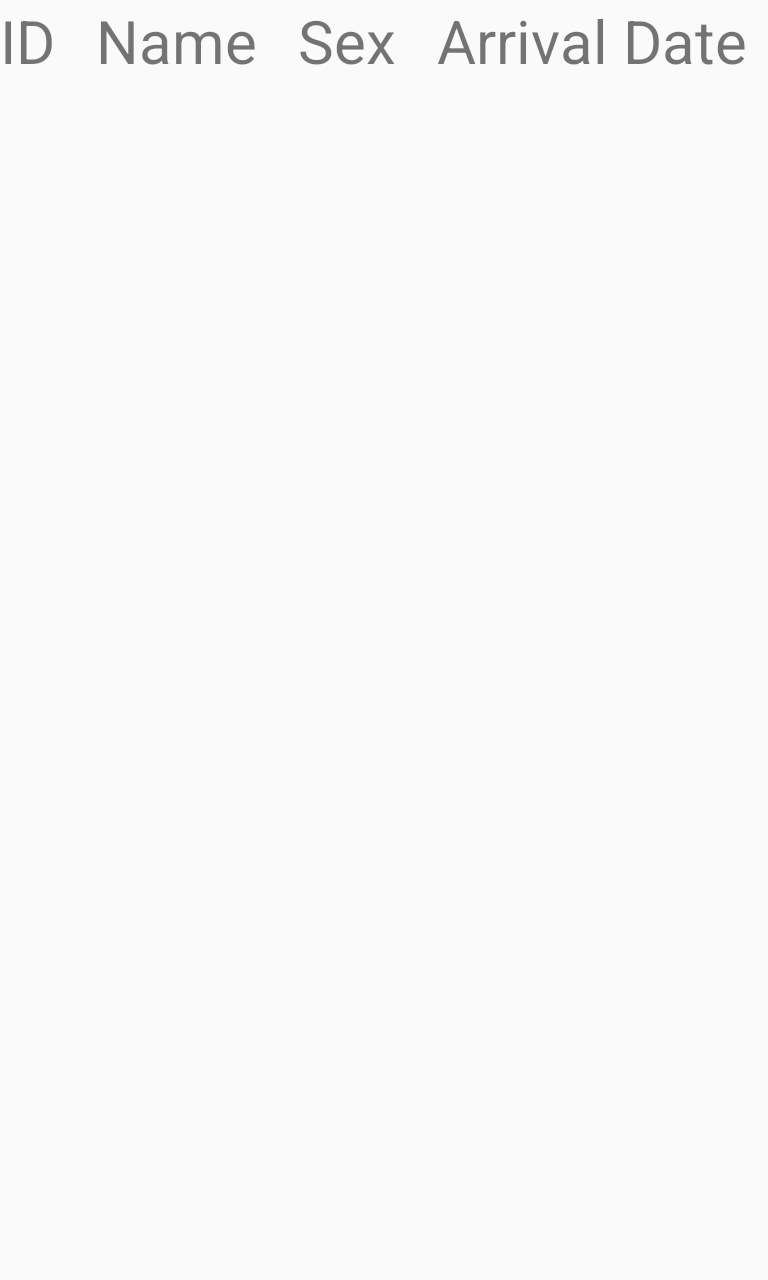
Repository: dillonburton/ThemeParkSimDB
Layout: DBThemeParkApp/res/layout/fragment_test_1.xml
These files come from the project's save history. The layout is drawn as it stood at one moment and after the next save; the edit follows.
It is drawn on a 768 x 1280 px phone screen (xhdpi) without system bars, with theme AppTheme; the app's code is not run.

Above is the layout before, as saved 2014-11-18 21:31:11.

After the next save:
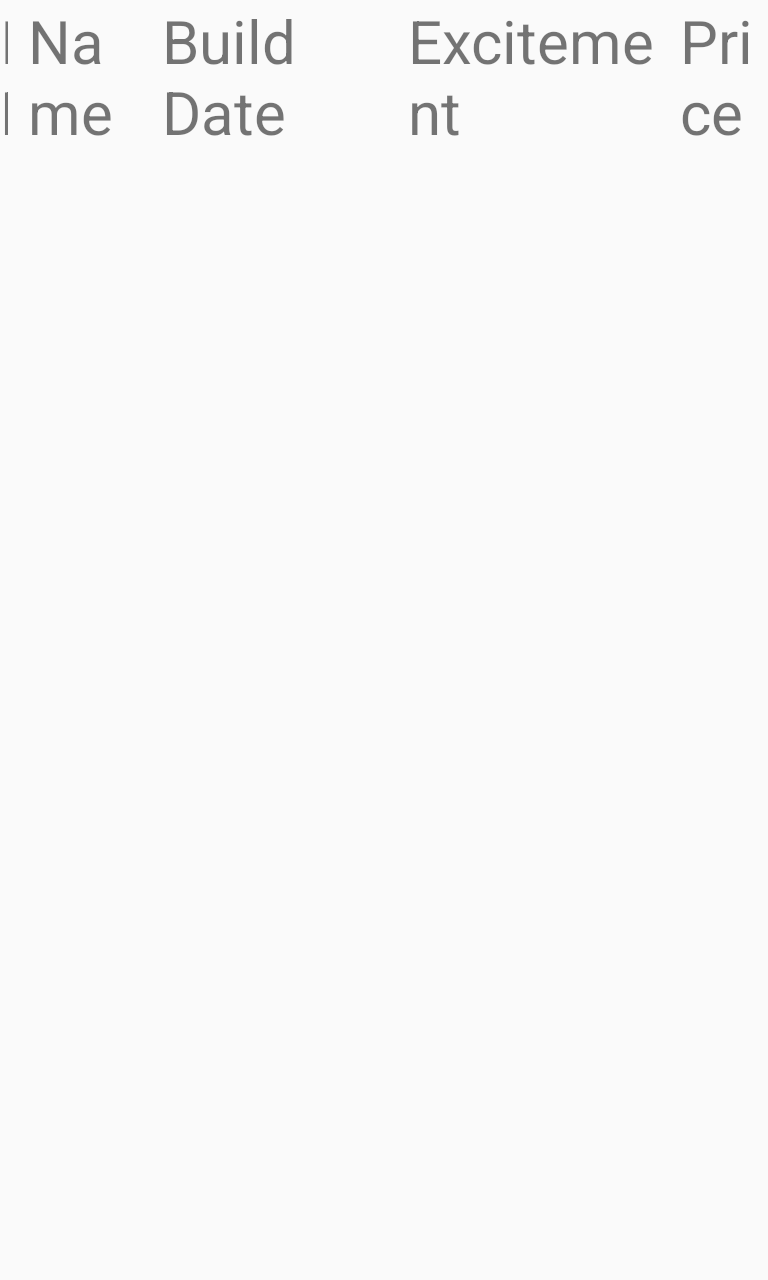
Saved 81 s later.
--- a/DBThemeParkApp/res/layout/fragment_test_1.xml
+++ b/DBThemeParkApp/res/layout/fragment_test_1.xml
@@ -47,7 +47,7 @@
                  android:layout_weight="1"
                   android:paddingLeft="10dp"
                   android:textSize="30sp"
-                 android:text="Sex" />
+                 android:text="Build Date" />
 
               <TextView
                   android:id="@+id/textView2"
@@ -56,7 +56,16 @@
                   android:layout_weight="1"
                   android:paddingLeft="10dp"
                   android:textSize="30sp"
-                  android:text="Arrival Date" />
+                  android:text="Excitement" />
+
+              <TextView
+                  android:id="@+id/textView2"
+                  android:layout_width="match_parent"
+                  android:layout_height="match_parent"
+                  android:layout_weight="1"
+                  android:paddingLeft="10dp"
+                  android:textSize="30sp"
+                  android:text="Price" />
 
         </TableRow>
 
